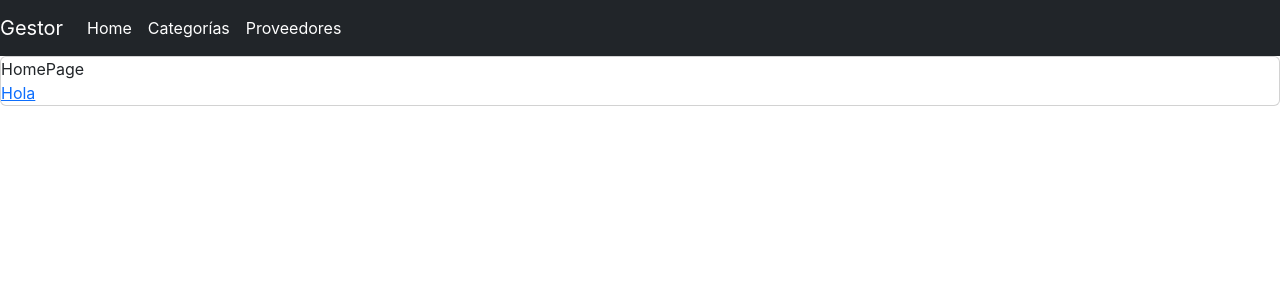
Repository: SantiagoGuaman/gestor-app
Page: /
The author's editor kept a copy of each file at every save. The page is drawn from the files as they stood at one save, then again after the next save.
The browser window is 1280 px wide. The pictures show the whole page.
The project was rebuilt for these pictures with package versions that can differ from the ones it lists, and the page was loaded fresh each time. Also part of the build but not shown: src/App.css, src/Categories/GetDataCategories.js, src/Proveedores/GetDataProviders.js.

Above is the page before, as saved 2024-02-15 09:32:25.

After the next save:
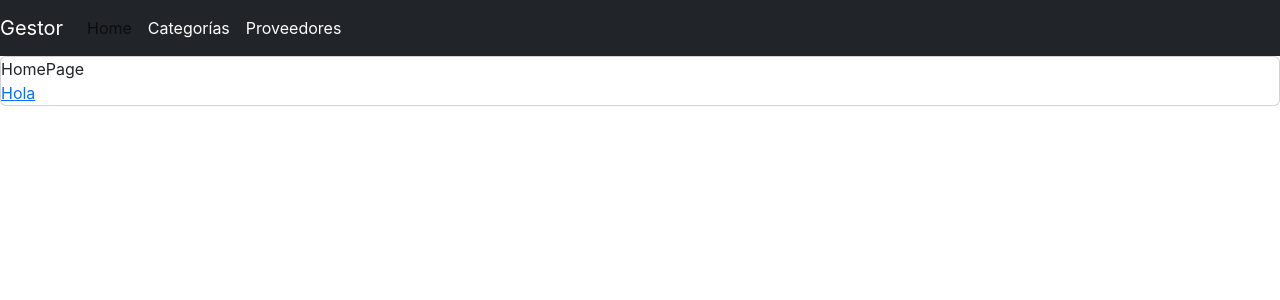
Saved 7 s later.
--- a/src/NavBar/NavBar.js
+++ b/src/NavBar/NavBar.js
@@ -11,7 +11,7 @@
             <div className="collapse navbar-collapse" id="navbarNav">
                 <ul className="navbar-nav" >
                     <li className="nav-item active">
-                        <Link className="nav-link" to="/" style={{ color: '#FFFFFF' }}>Home</Link>
+                        <Link className="nav-link" to="/" >Home</Link>
                     </li>
                     <li className="nav-item">
                         <Link className="nav-link" to="/categories" style={{ color: '#FFFFFF' }}>Categorías</Link>

After the 6 saves that followed:
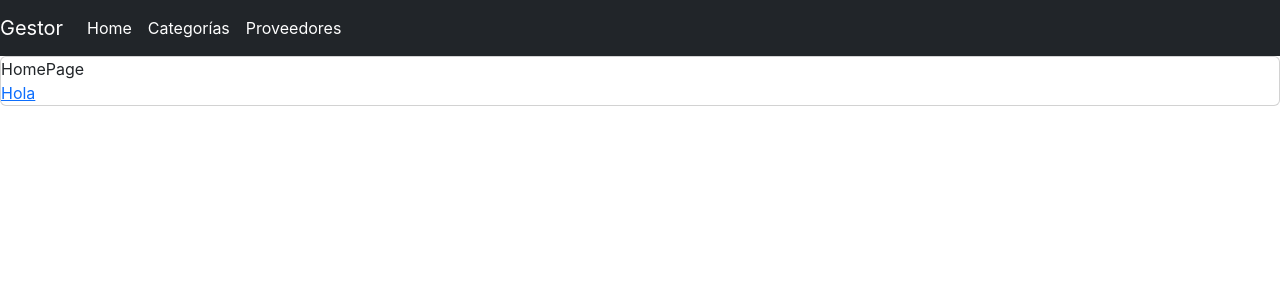
The 6 saves are shown as one change because 1 did not build or start and 4 left the picture as it was.
The last was saved 89 s later.
--- a/src/NavBar/NavBar.js
+++ b/src/NavBar/NavBar.js
@@ -1,5 +1,6 @@
 import React from 'react'
 import { Link } from 'react-router-dom'
+import './NavBar.css';
 
 function NavBar() {
     return (
@@ -11,7 +12,7 @@
             <div className="collapse navbar-collapse" id="navbarNav">
                 <ul className="navbar-nav" >
                     <li className="nav-item active">
-                        <Link className="nav-link" to="/" >Home</Link>
+                        <Link className="nav-link" to="/">Home</Link>
                     </li>
                     <li className="nav-item">
                         <Link className="nav-link" to="/categories" style={{ color: '#FFFFFF' }}>Categorías</Link>
--- a/src/NavBar/NavBar.css
+++ b/src/NavBar/NavBar.css
@@ -1,3 +1,3 @@
-.navbar-link {
+.nav-link {
     color: #FFFFFF; /* Color blanco */
   }
